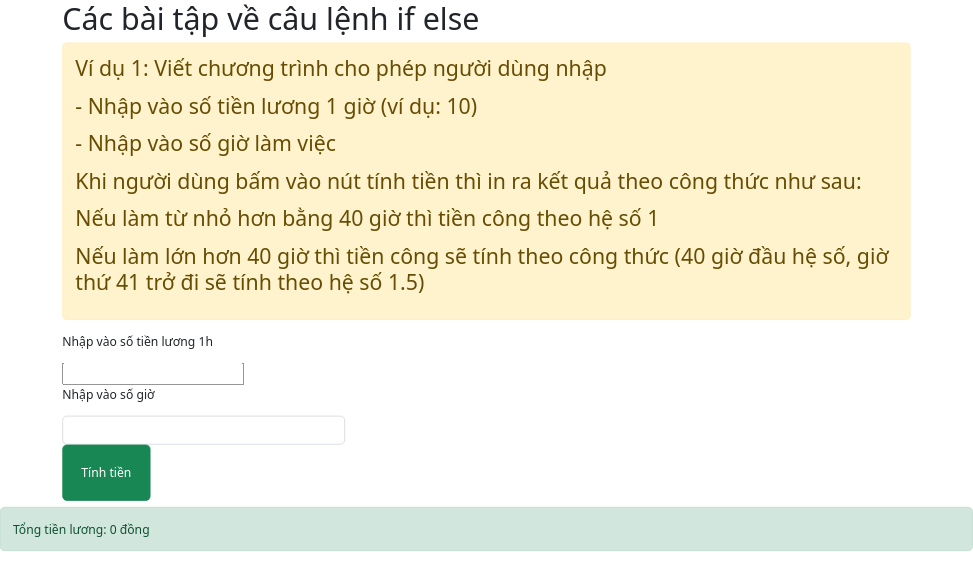
Repository: hcozyph/cyberSoft_JS_fulldocs
Page: JS_4/index.html
The author's editor kept a copy of each file at every save. The page is drawn from the files as they stood at one save, then again after the next save.
The browser window is 1280 px wide. The pictures show the whole page, at 76% of full size.

Above is the page before, as saved 2023-02-01 21:08:49.

After the next save:
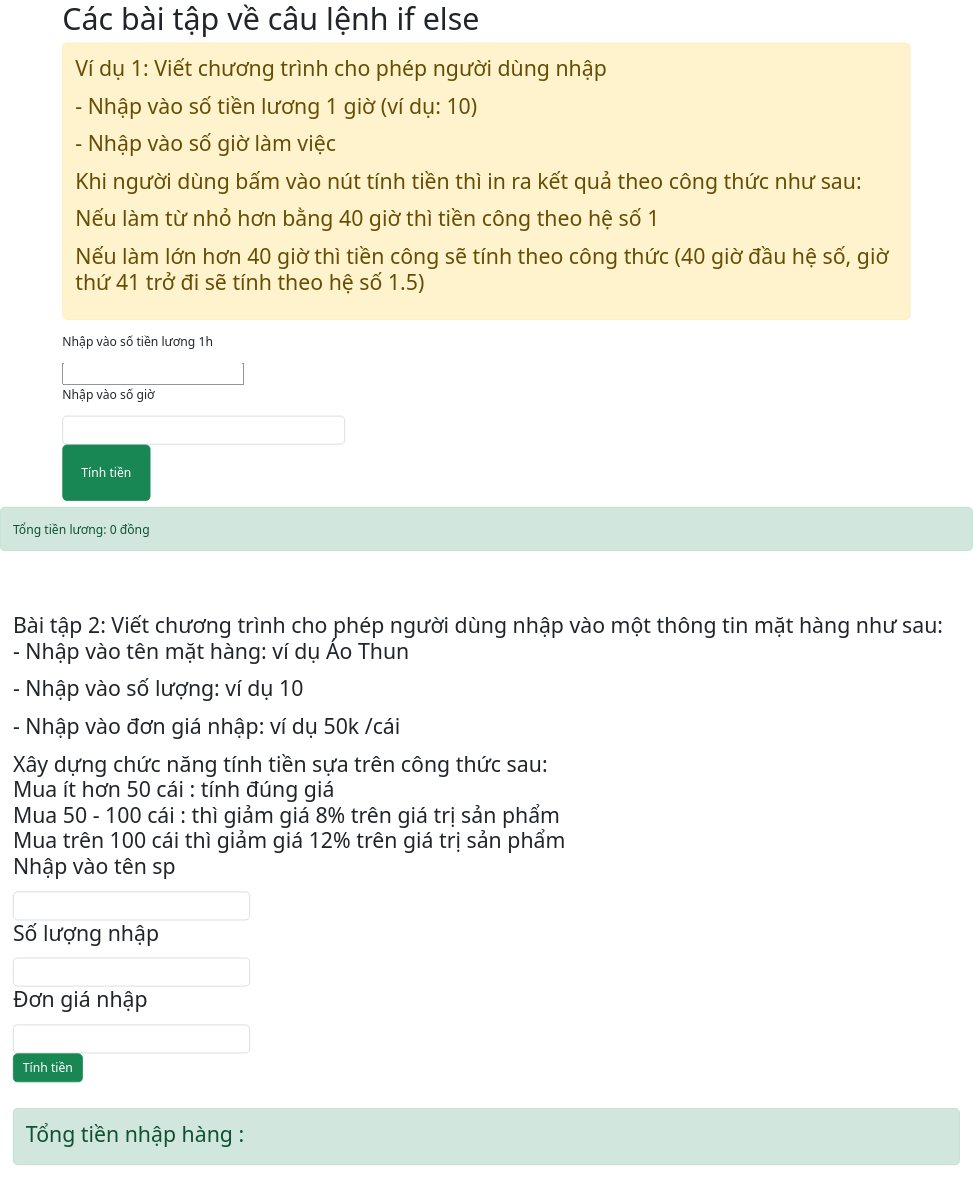
Saved 13 min 13 s later.
--- a/JS_4/index.html
+++ b/JS_4/index.html
@@ -73,6 +73,72 @@
             </p>
         </div>
 
+        <br />
+        <br />
+
+        <h3 class="alert alert-morning">
+            Bài tập 2: Viết chương trình cho phép người dùng nhập vào một thông
+            tin mặt hàng như sau:
+
+            <p>- Nhập vào tên mặt hàng: ví dụ Áo Thun</p>
+
+            <p>- Nhập vào số lượng: ví dụ 10</p>
+
+            <p>- Nhập vào đơn giá nhập: ví dụ 50k /cái</p>
+
+            Xây dựng chức năng tính tiền sựa trên công thức sau:
+            <br />
+            Mua ít hơn 50 cái : tính đúng giá
+            <br />
+            Mua 50 - 100 cái : thì giảm giá 8% trên giá trị sản phẩm
+            <br />
+            Mua trên 100 cái thì giảm giá 12% trên giá trị sản phẩm
+
+            <div class="form-group-row">
+                <div class="col-3">
+                    <p>Nhập vào tên sp</p>
+                    <input
+                        type="text"
+                        name=""
+                        id="tenSanPham"
+                        class="form-control"
+                    />
+                </div>
+
+                <div class="col-3">
+                    <p>Số lượng nhập</p>
+                    <input
+                        type="text"
+                        name=""
+                        id="soLuongNhap"
+                        class="form-control"
+                    />
+                </div>
+
+                <div class="col-3">
+                    <p>Đơn giá nhập</p>
+                    <input
+                        type="text"
+                        name=""
+                        id="soLuongNhap"
+                        class="form-control"
+                    />
+                </div>
+
+                <div class="col-3">
+                    <button id="btnTinhTienHang" class="btn btn-success">
+                        Tính tiền
+                    </button>
+                </div>
+            </div>
+
+            <br />
+
+            <div class="alert alert-success">
+                <h3>Tổng tiền nhập hàng : <span id="tongTienLuong"></span></h3>
+            </div>
+        </h3>
+
         <!-- Bootstrap JavaScript Libraries -->
         <script
             src="https://cdn.jsdelivr.net/npm/@popperjs/core@2.11.6/dist/umd/popper.min.js"
